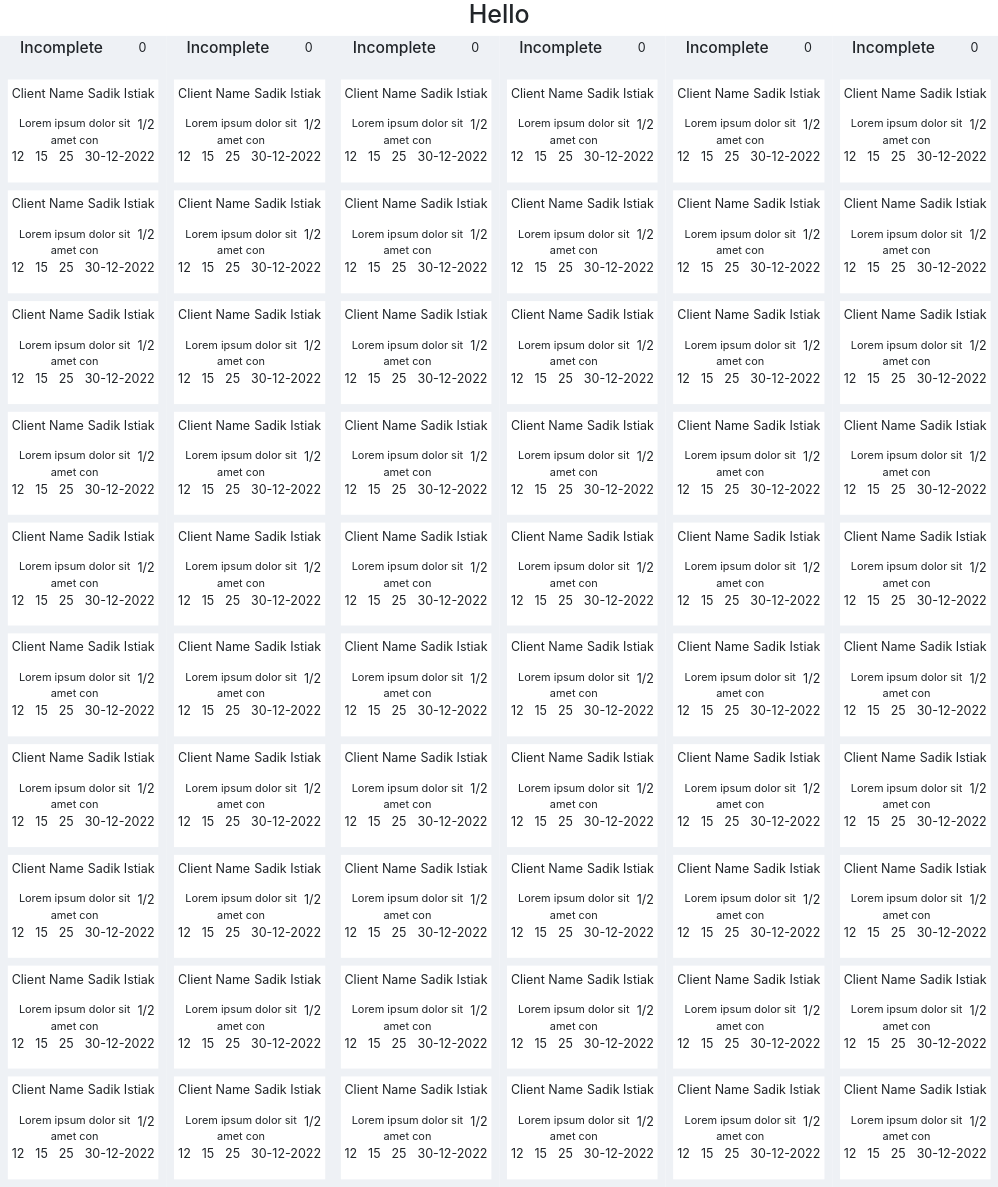
Repository: Sharif-00112/dashboard-task-frontend
Page: /
An editor plug-in stored every save of this project. The page is shown before and after the next save, followed by the edit.
The browser window is 1280 px wide. The pictures show the whole page, at 78% of full size.
The project was rebuilt for these pictures with package versions that can differ from the ones it lists, and the page was loaded fresh each time.

Above is the page before, as saved 2023-01-28 20:35:46.

### src/index.js
import React from 'react';
import 'bootstrap/dist/css/bootstrap.css';
import ReactDOM from 'react-dom/client';
import './index.css';
import App from './App';
import reportWebVitals from './reportWebVitals';

const root = ReactDOM.createRoot(document.getElementById('root'));
root.render(
  <React.StrictMode>
    <App />
  </React.StrictMode>
);

// If you want to start measuring performance in your app, pass a function
// to log results (for example: reportWebVitals(console.log))
// or send to an analytics endpoint. Learn more: https://bit.ly/CRA-vitals
reportWebVitals();

### src/App.js
import './App.css';
import Dashboard from './Components/Dashboard';

function App() {
  return (
    <div className="App">

      <h2>Hello</h2>
      <Dashboard></Dashboard>
    </div>
  );
}

export default App;

### src/Components/Dashboard.js
import React from 'react';
import Incomplete from './Incomplete';

const Dashboard = () => {
    return (
        <div className='dashboard'>
            <Incomplete></Incomplete>
            <Incomplete></Incomplete>
            <Incomplete></Incomplete>
            <Incomplete></Incomplete>
            <Incomplete></Incomplete>
            <Incomplete></Incomplete>
        </div>
    );
};

export default Dashboard;

### src/Components/Incomplete.js
import React, { useState } from 'react';
import { useEffect } from 'react';
import './styles.css';
import Task from './Task';

const Incomplete = () => {
    const [tasks, setTasks] = useState([]);
    useEffect( ()=> {
        fetch('./tasks.JSON')
        .then(res => res.json())
        .then(data => setTasks(data))
    } ,[])
    return (
        <div className='background'>
            <div className="task-title">
                <h5>Incomplete</h5>
                <p>0</p>
            </div>
            <div className="section-container">
                <div className="task-container">
                    {
                        tasks.map(task => <Task
                            key={task.taskNo}
                            task={task}
                        ></Task>)
                    }
                </div>
            </div>
        </div>
    );
};

export default Incomplete;

### src/Components/styles.css
.background{
    background-color: rgb(238, 241, 245);
}

.task-part{
    display: flex;
    justify-content: space-between;
}

.task-title{
    display: flex;
    justify-content: space-around;
    padding: 3px;
}

.task{
    background-color: white;
    margin: 10px;
    padding: 5px;
}

.dashboard{
    display: grid;
    grid-template-columns: 1fr 1fr 1fr 1fr 1fr 1fr;
}

### src/Components/Task.js
import React from 'react';
import './styles.css';

const Task = (props) => {
    const {clientName, clientImg, supervisorName, supervisorImg, taskSummary, progress, staff1Img, staff2Img, modules, message, attachment, date} = props.task;
    return (
        <div className='task'>
            <div className="task-part">
                <p>{clientName}</p>
                <p>{supervisorName}</p>
            </div>
            <div className="task-part">
                <small>{taskSummary.substring(0,30)}</small>
                <p>{progress}</p>
            </div>
            <div className="task-part">
                <p>{modules}</p>
                <p>{message}</p>
                <p>{attachment}</p>
                <p>{date}</p>
            </div>
        </div>
    );
};

export default Task;

### public/tasks.JSON
[
  {
    "taskNo": 1,
    "clientName": "Client Name",
    "clientImg": "clientIMG.jpg",
    "supervisorName": "Sadik Istiak",
    "supervisorImg": "supervisorIMG.jpg",
    "taskSummary": "Lorem ipsum dolor sit amet consectetur adipisicing elit. Pariatur velit nemo accusamus. Dolorum, doloribus quisquam unde repellat iusto voluptatum quasi?",
    "progress": "1/2",
    "staff1Img": "staff1.jpg",
    "staff2Img": "staff2.jpg",
    "modules": 12,
    "message": 15,
    "attachment": 25,
    "date": "30-12-2022"
  },
  {
    "taskNo": 2,
    "clientName": "Client Name",
    "clientImg": "clientIMG.jpg",
    "supervisorName": "Sadik Istiak",
    "supervisorImg": "supervisorIMG.jpg",
    "taskSummary": "Lorem ipsum dolor sit amet consectetur adipisicing elit. Pariatur velit nemo accusamus. Dolorum, doloribus quisquam unde repellat iusto voluptatum quasi?",
    "progress": "1/2",
    "staff1Img": "staff1.jpg",
    "staff2Img": "staff2.jpg",
    "modules": 12,
    "message": 15,
    "attachment": 25,
    "date": "30-12-2022"
  },
  {
    "taskNo": 3,
    "clientName": "Client Name",
    "clientImg": "clientIMG.jpg",
    "supervisorName": "Sadik Istiak",
    "supervisorImg": "supervisorIMG.jpg",
    "taskSummary": "Lorem ipsum dolor sit amet consectetur adipisicing elit. Pariatur velit nemo accusamus. Dolorum, doloribus quisquam unde repellat iusto voluptatum quasi?",
    "progress": "1/2",
    "staff1Img": "staff1.jpg",
    "staff2Img": "staff2.jpg",
    "modules": 12,
    "message": 15,
    "attachment": 25,
    "date": "30-12-2022"
  },
  {
    "taskNo": 4,
    "clientName": "Client Name",
    "clientImg": "clientIMG.jpg",
    "supervisorName": "Sadik Istiak",
    "supervisorImg": "supervisorIMG.jpg",
    "taskSummary": "Lorem ipsum dolor sit amet consectetur adipisicing elit. Pariatur velit nemo accusamus. Dolorum, doloribus quisquam unde repellat iusto voluptatum quasi?",
    "progress": "1/2",
    "staff1Img": "staff1.jpg",
    "staff2Img": "staff2.jpg",
    "modules": 12,
    "message": 15,
    "attachment": 25,
    "date": "30-12-2022"
  },
  {
    "taskNo": 5,
    "clientName": "Client Name",
    "clientImg": "clientIMG.jpg",
    "supervisorName": "Sadik Istiak",
    "supervisorImg": "supervisorIMG.jpg",
    "taskSummary": "Lorem ipsum dolor sit amet consectetur adipisicing elit. Pariatur velit nemo accusamus. Dolorum, doloribus quisquam unde repellat iusto voluptatum quasi?",
    "progress": "1/2",
    "staff1Img": "staff1.jpg",
    "staff2Img": "staff2.jpg",
    "modules": 12,
    "message": 15,
    "attachment": 25,
    "date": "30-12-2022"
  },
  {
    "taskNo": 6,
    "clientName": "Client Name",
    "clientImg": "clientIMG.jpg",
    "supervisorName": "Sadik Istiak",
    "supervisorImg": "supervisorIMG.jpg",
    "taskSummary": "Lorem ipsum dolor sit amet consectetur adipisicing elit. Pariatur velit nemo accusamus. Dolorum, doloribus quisquam unde repellat iusto voluptatum quasi?",
    "progress": "1/2",
    "staff1Img": "staff1.jpg",
    "staff2Img": "staff2.jpg",
    "modules": 12,
    "message": 15,
    "attachment": 25,
    "date": "30-12-2022"
  },
  {
    "taskNo": 7,
    "clientName": "Client Name",
    "clientImg": "clientIMG.jpg",
    "supervisorName": "Sadik Istiak",
    "supervisorImg": "supervisorIMG.jpg",
    "taskSummary": "Lorem ipsum dolor sit amet consectetur adipisicing elit. Pariatur velit nemo accusamus. Dolorum, doloribus quisquam unde repellat iusto voluptatum quasi?",
    "progress": "1/2",
    "staff1Img": "staff1.jpg",
    "staff2Img": "staff2.jpg",
    "modules": 12,
    "message": 15,
    "attachment": 25,
    "date": "30-12-2022"
  },
  {
    "taskNo": 8,
    "clientName": "Client Name",
    "clientImg": "clientIMG.jpg",
    "supervisorName": "Sadik Istiak",
    "supervisorImg": "supervisorIMG.jpg",
    "taskSummary": "Lorem ipsum dolor sit amet consectetur adipisicing elit. Pariatur velit nemo accusamus. Dolorum, doloribus quisquam unde repellat iusto voluptatum quasi?",
    "progress": "1/2",
    "staff1Img": "staff1.jpg",
    "staff2Img": "staff2.jpg",
    "modules": 12,
    "message": 15,
    "attachment": 25,
    "date": "30-12-2022"
  },
  {
    "taskNo": 9,
    "clientName": "Client Name",
    "clientImg": "clientIMG.jpg",
    "supervisorName": "Sadik Istiak",
    "supervisorImg": "supervisorIMG.jpg",
    "taskSummary": "Lorem ipsum dolor sit amet consectetur adipisicing elit. Pariatur velit nemo accusamus. Dolorum, doloribus quisquam unde repellat iusto voluptatum quasi?",
    "progress": "1/2",
    "staff1Img": "staff1.jpg",
    "staff2Img": "staff2.jpg",
    "modules": 12,
    "message": 15,
    "attachment": 25,
    "date": "30-12-2022"
  },
  {
    "taskNo": 10,
    "clientName": "Client Name",
    "clientImg": "clientIMG.jpg",
    "supervisorName": "Sadik Istiak",
    "supervisorImg": "supervisorIMG.jpg",
    "taskSummary": "Lorem ipsum dolor sit amet consectetur adipisicing elit. Pariatur velit nemo accusamus. Dolorum, doloribus quisquam unde repellat iusto voluptatum quasi?",
    "progress": "1/2",
    "staff1Img": "staff1.jpg",
    "staff2Img": "staff2.jpg",
    "modules": 12,
    "message": 15,
    "attachment": 25,
    "date": "30-12-2022"
  }
]

Loaded but not shown: public/index.html (common file); src/index.css (common file); src/reportWebVitals.js (common file); src/App.css (common file)

After the next save:
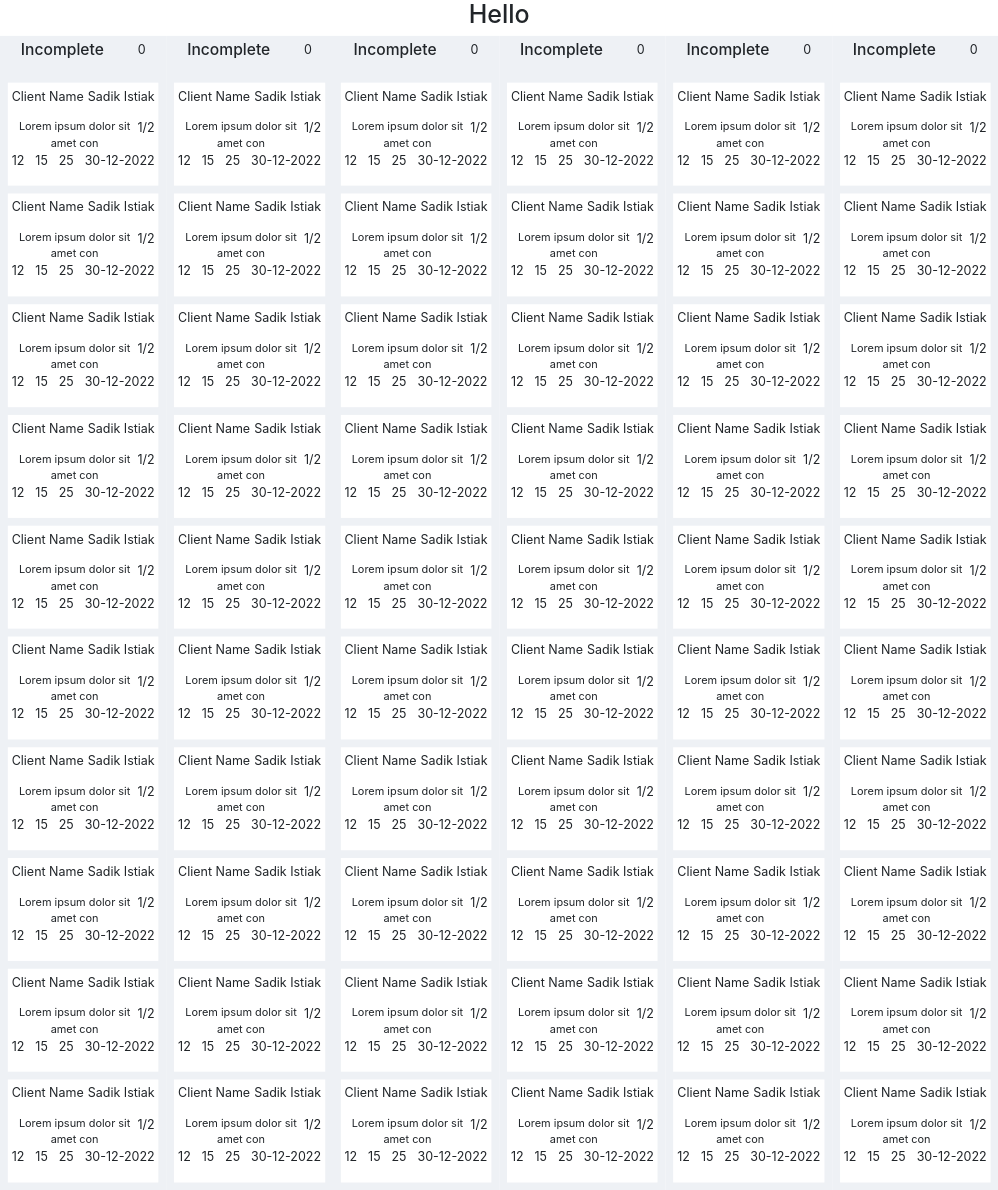
Saved 4 s later.
--- a/src/Components/styles.css
+++ b/src/Components/styles.css
@@ -10,7 +10,7 @@
 .task-title{
     display: flex;
     justify-content: space-around;
-    padding: 3px;
+    padding: 5px;
 }
 
 .task{
